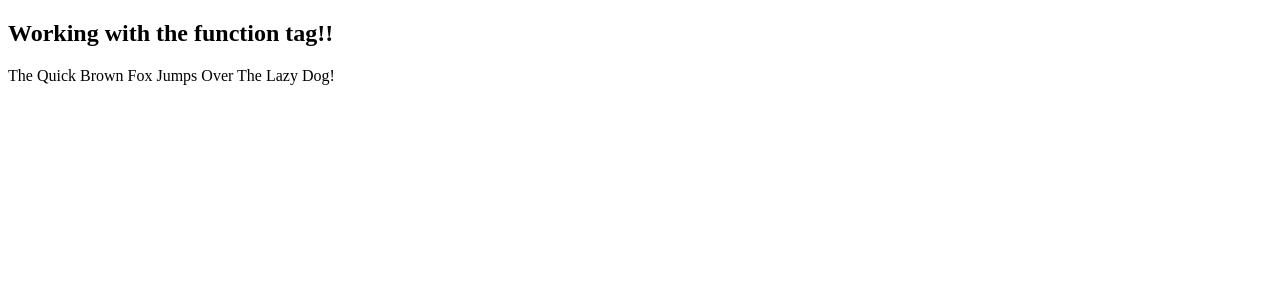
Repository: RG4025/AdvanceJava
Page: http://localhost/ClassWorkFeb21/functionDemo.jsp
The author's editor kept a copy of each file at every save. The page is drawn from the files as they stood at one save, then again after the next save.
The browser window is 1280 px wide. The pictures show the whole page.
The page is served by Tomcat 9.

Above is the page before, as saved 2024-02-21 09:32:55.

### ClassWorkFeb21/src/main/webapp/functionDemo.jsp
<%@ page language="java" contentType="text/html; charset=ISO-8859-1"
    pageEncoding="ISO-8859-1"%>
    <%@ taglib uri="http://java.sun.com/jsp/jstl/functions" prefix="fn" %>
    <%@ taglib uri="http://java.sun.com/jsp/jstl/core" prefix="c" %>
<!DOCTYPE html>
<html>
<head>
<meta charset="ISO-8859-1">
<title>Insert title here</title>
</head>
<body>

	<h2>
		Working with the function tag!!

	</h2>

	<p>
	The Quick Brown Fox Jumps Over The Lazy Dog!

	</p>

	<c:set var="str" value="The Quick Brown Fox Jumps Over The Lazy Dog!"></c:set>

	<strong>



	</strong>


</body>
</html>

After the next save:
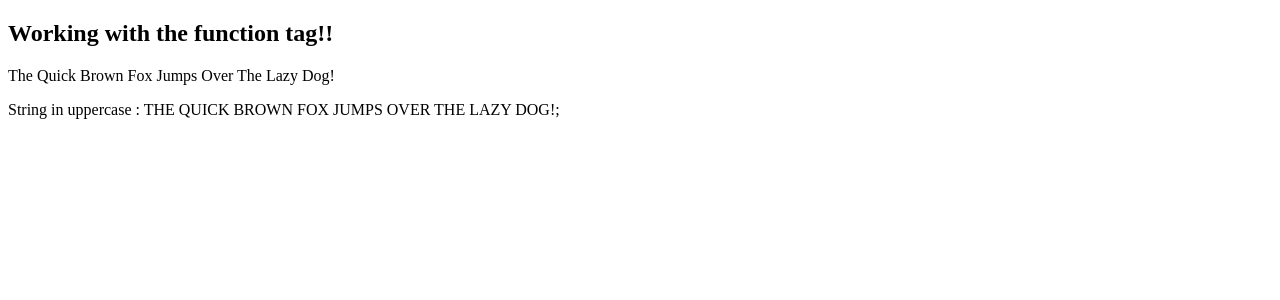
Saved 33 s later.
--- a/ClassWorkFeb21/src/main/webapp/functionDemo.jsp
+++ b/ClassWorkFeb21/src/main/webapp/functionDemo.jsp
@@ -21,7 +21,7 @@
 	</p>
 
 	<c:set var="str" value="The Quick Brown Fox Jumps Over The Lazy Dog!"></c:set>
-
+		String in uppercase : ${fn:toUpperCase(str)};
 	<strong>
 
 
